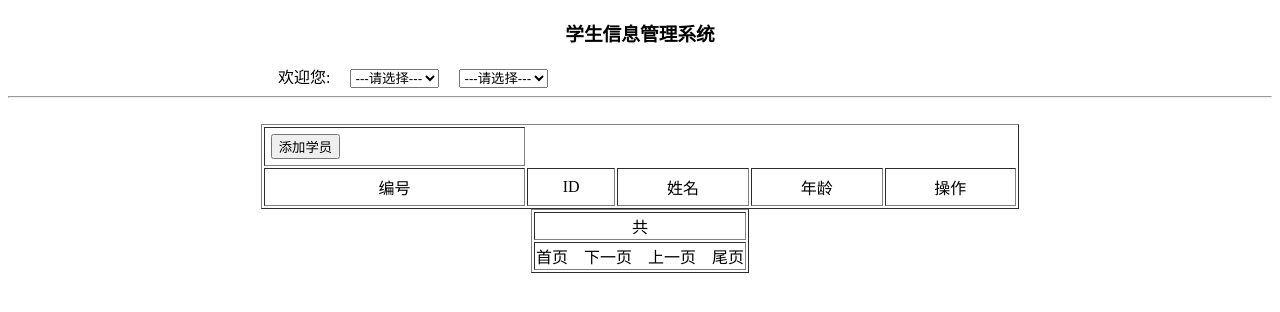
Repository: DataBoxWx/mvc_servlet_3
Page: http://localhost/crud_1/ajax/studentlist.jsp
An editor plug-in stored every save of this project. The page is shown before and after the next save, followed by the edit.
The browser window is 1280 px wide. The pictures show the whole page.
The page is served by Tomcat 9.

Above is the page before, as saved 2018-05-08 10:45:00.

After the next save:
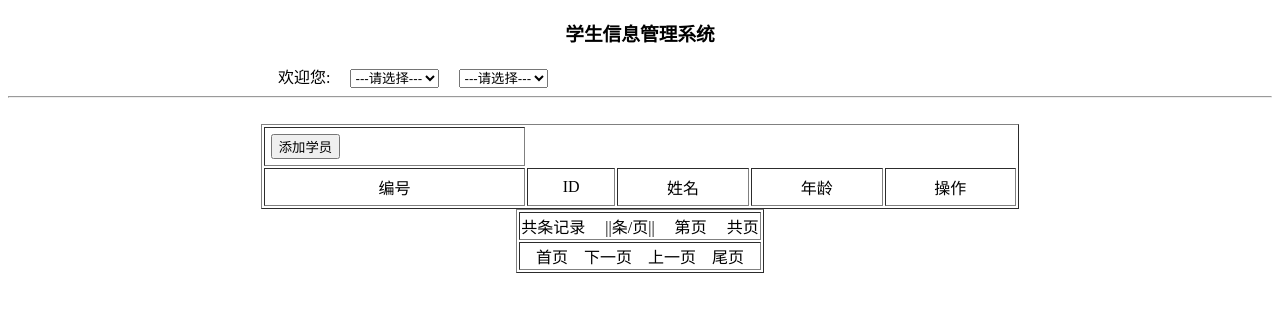
Saved 49 min 11 s later.
--- a/crud_1/WebContent/ajax/studentlist.jsp
+++ b/crud_1/WebContent/ajax/studentlist.jsp
@@ -73,7 +73,11 @@
 	<table align="center" border="1">
 			<tr>
 				<td>
-					共<span></span>
+					共<span id="total"></span>条记录&nbsp;&nbsp;&nbsp;&nbsp;
+					||<span id="pageCount"></span>条/页||&nbsp;&nbsp;&nbsp;&nbsp;
+					第<span id="pageNu"></span>页&nbsp;&nbsp;&nbsp;&nbsp;
+					共<span id="pageSize"></span>页
+
 
 				</td>
 			</tr>
